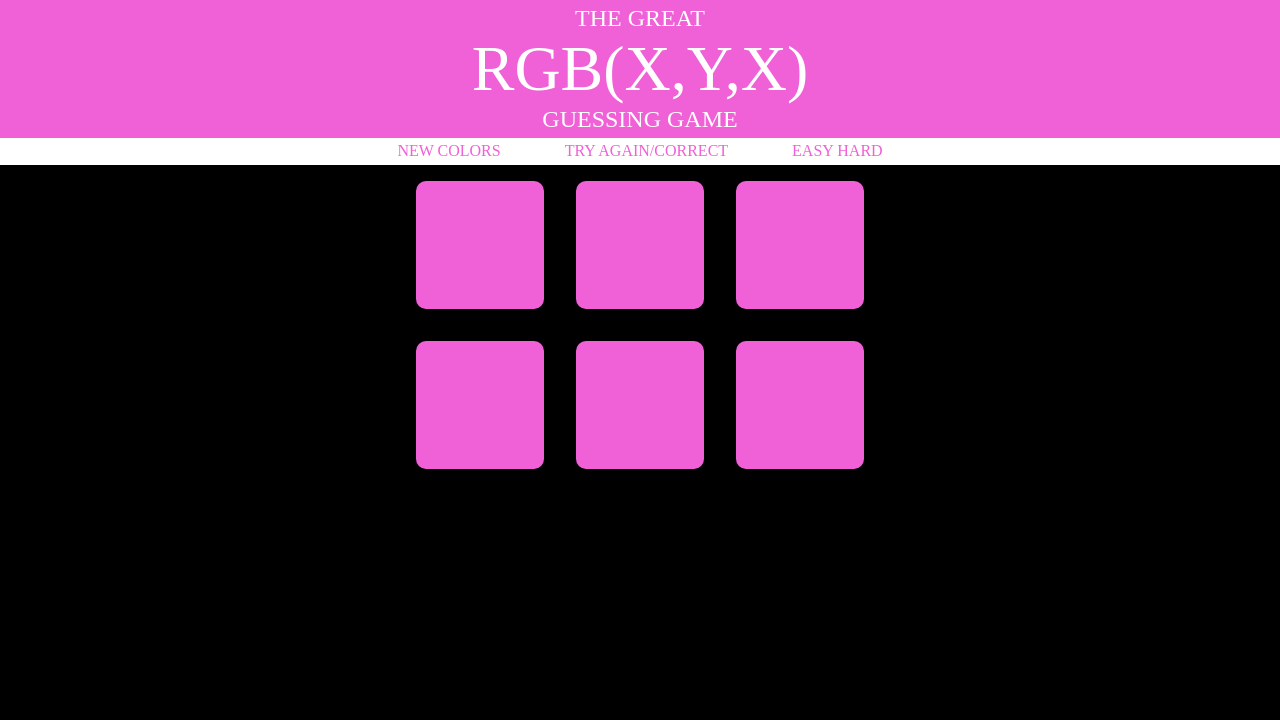
Repository: EEOOOO/javascript-projects
Page: rgbColorGameApp/index.html
An editor plug-in stored every save of this project. The page is shown before and after the next save, followed by the edit.
The browser window is 1280 px wide. The pictures show the whole page.

Above is the page before, as saved 2022-07-18 18:46:06.

After the next save:
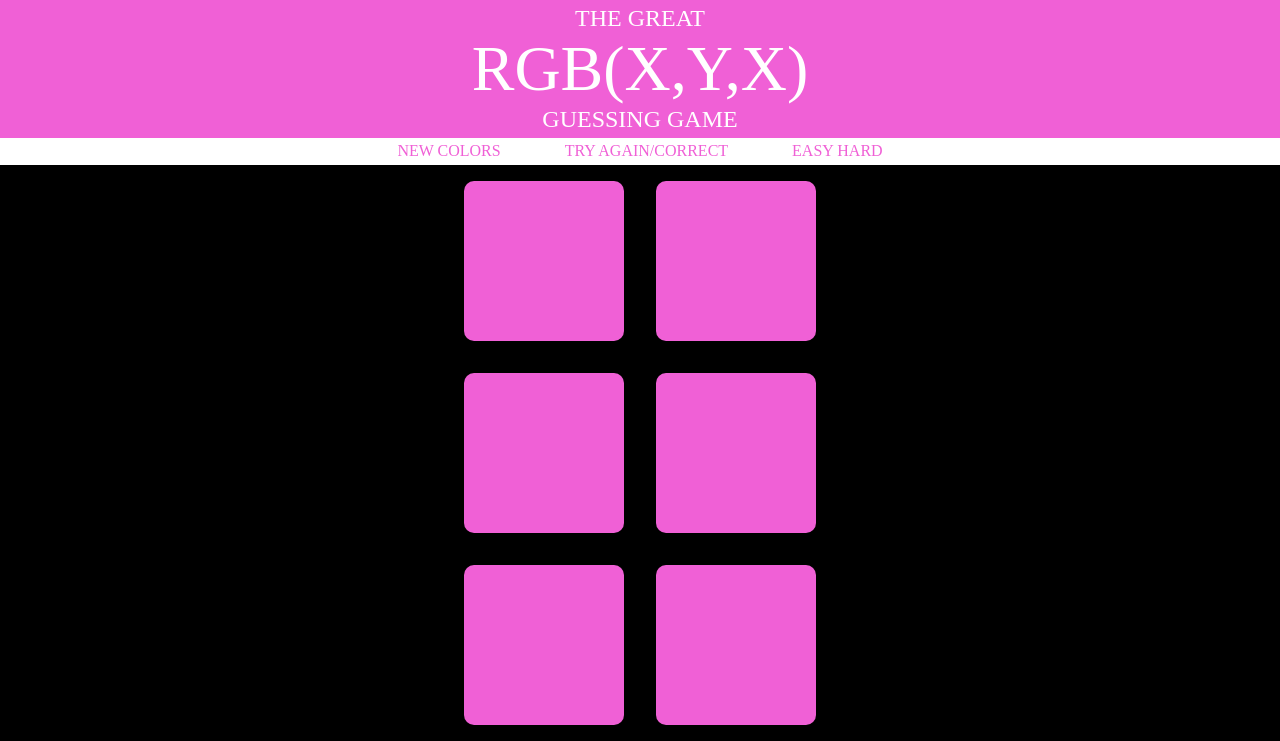
Saved 34 s later.
--- a/rgbColorGameApp/style.css
+++ b/rgbColorGameApp/style.css
@@ -48,8 +48,8 @@
 }
 .colorBox {
   background-color: var(--color-now);
-  width: 8rem;
-  height: 8rem;
+  width: 10rem;
+  height: 10rem;
   border-radius: 10px;
   margin: 1rem;
 }

After the save that followed:
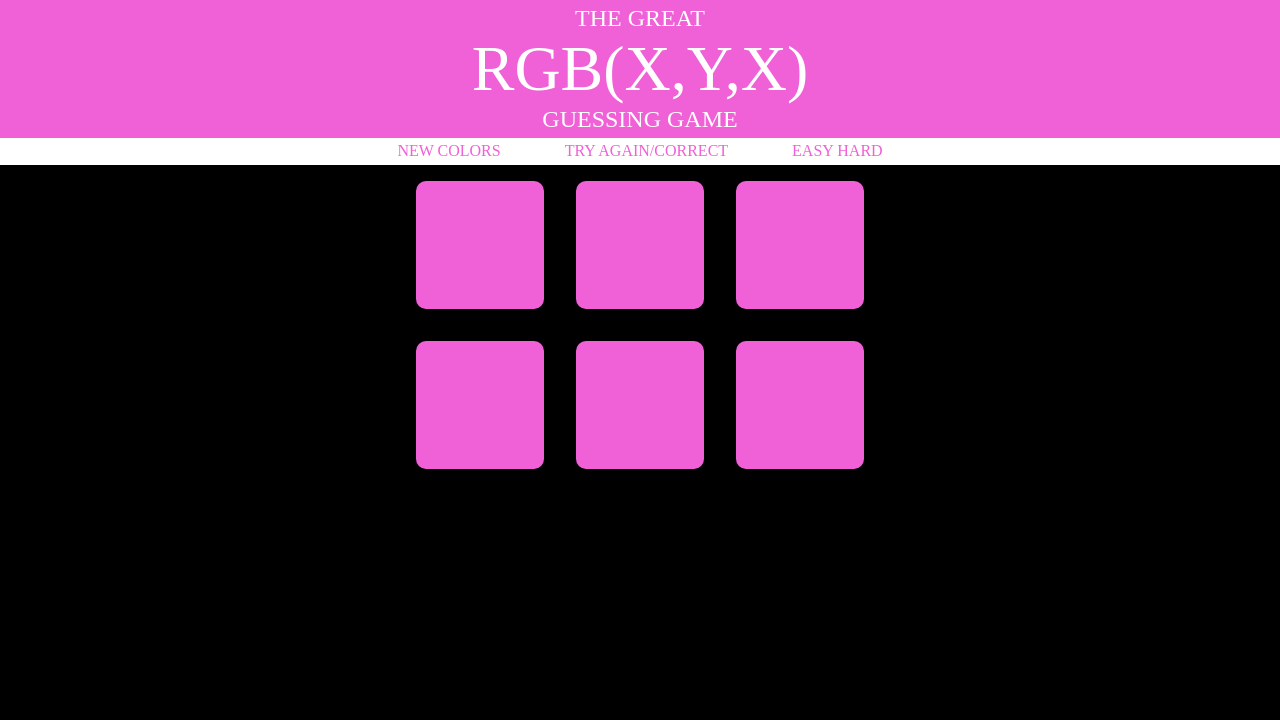
Saved 8 s later.
--- a/rgbColorGameApp/style.css
+++ b/rgbColorGameApp/style.css
@@ -48,8 +48,8 @@
 }
 .colorBox {
   background-color: var(--color-now);
-  width: 10rem;
-  height: 10rem;
+  width: 8rem;
+  height: 8rem;
   border-radius: 10px;
   margin: 1rem;
 }
